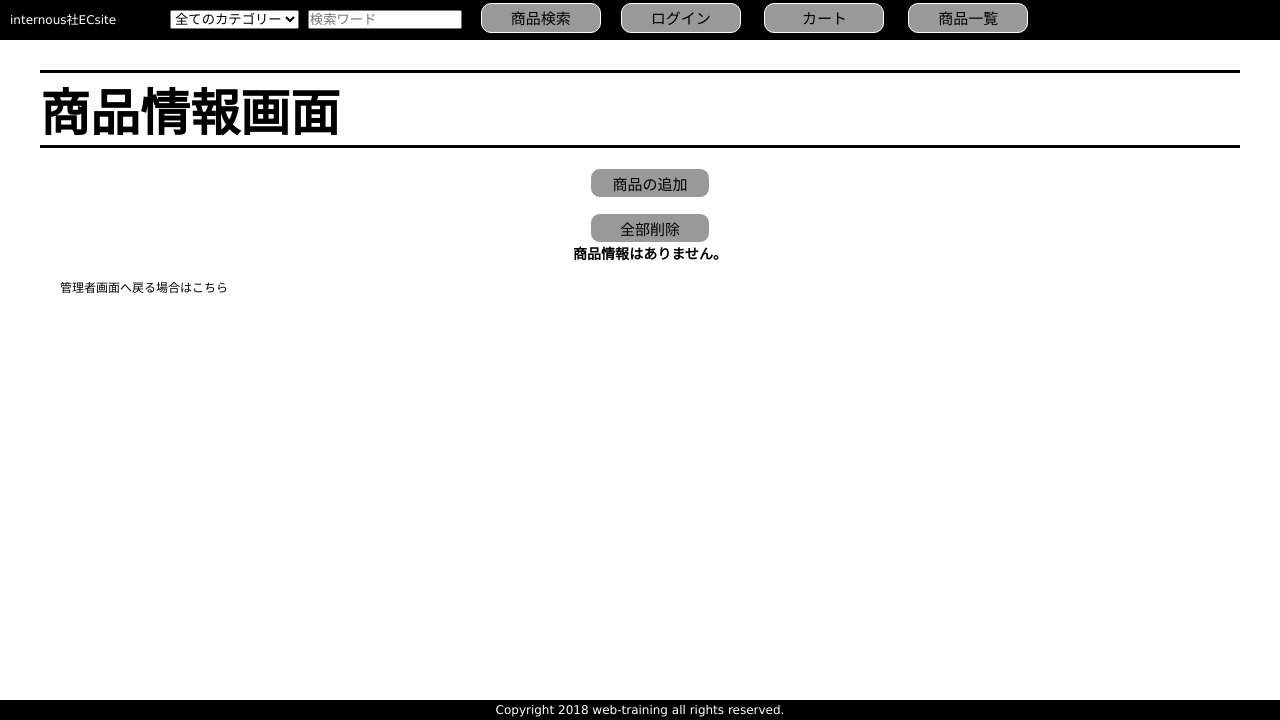
Repository: geeta333/ECsite
Page: http://localhost/web-training/itemInfo.jsp
The author's editor kept a copy of each file at every save. The page is drawn from the files as they stood at one save, then again after the next save.
The browser window is 1280 px wide. The pictures show the whole page.
The page is served by Tomcat 9. Other server files are loaded and not shown.

Above is the page before, as saved 2018-07-27 06:33:43.

### web-training/WebContent/itemInfo.jsp
<%@ page language="java" contentType="text/html; charset=UTF-8"
    pageEncoding="UTF-8"%>
<%@ taglib prefix="s" uri="/struts-tags" %>
<!DOCTYPE html>
<html>
<head>
	<meta charset="UTF-8" />
	<title>商品情報画面</title>
	<link rel="stylesheet" href="./css/style.css">
</head>
<body>
	<div id="container">
	<jsp:include page="header.jsp" />
	<div id="main" class="clear">
		<div id="top">
			<h1>商品情報画面</h1>
		</div>
		<div class="marginLeft">
			<div class="center">
				<s:form action="ItemCreateAction" class="marginTop">
					<s:submit value="商品の追加" class="button"/>
				</s:form>
				<s:form action="ItemInfoAction" class="marginTop">
					<input type="hidden" name="deleteFlg" value="1">
					<s:submit value="全部削除" method="delete" class="button" />
				</s:form>
			</div>
			<s:if test="itemInfoList == null">
				<h3 class="center">商品情報はありません。</h3>
			</s:if>
			<s:elseif test="message == null">
				<h3 class="center">商品情報は以下になります。</h3>
			<table border="1" class="ShowData">
				<tr>
					<th>製品ID</th>
					<th>商品名</th>
					<th>製品詳細</th>
					<th>カテゴリー名</th>
					<th>価格</th>
					<th>イメージファイル名</th>
					<th>発売日</th>
					<th>発売会社</th>
					<th>変更する</th>
				</tr>
				<s:iterator value="itemInfoList">
				<tr>
					<th><s:property value="product_id" /></th>
					<th><s:property value="product_name" /></th>
					<th><s:property value="product_description" /></th>
					<th>
						<s:if test="category_id == 2">
							<span>本</span>
						</s:if>
						<s:elseif test="category_id == 3">
							<span>家電・パソコン</span>
						</s:elseif>
						<s:elseif test="category_id == 4">
							<span>おもちゃ・ゲーム</span>
						</s:elseif>
					</th>
					<th><s:property value="price" /><span>円</span></th>
					<th><s:property value="image_file_name" /></th>
					<th><s:property value="release_date" /></th>
					<th><s:property value="release_company" /></th>
					<th>
					<s:form action="ItemInfoChangeAction">
						<input type="hidden" name="itemId" value='<s:property value="id"/>'>
						<s:submit value="変更"/>
					</s:form>
					</th>
				</tr>
				</s:iterator>
			</table>
			</s:elseif>
			<s:if test="message != null">
				<h3><s:property value="message"/></h3>
			</s:if>
			<div  class="marginTop">
				<p>管理者画面へ戻る場合は<a href='<s:url action="GoAdministratorAction" />'>こちら</a></p>
			</div>
		</div>
	</div>
	<jsp:include page="footer.jsp" />
</div>
</body>
</html>

### web-training/WebContent/header.jsp
<%@ page language="java" contentType="text/html; charset=UTF-8"
    pageEncoding="UTF-8"%>
<%@ taglib prefix="s" uri="/struts-tags" %>
<!DOCTYPE html>
<html>
<head>
	<meta charset="UTF-8" />
	<title>ヘッダー</title>
<!-- 	<link rel="stylesheet" href="./css/style.css"> -->
</head>
<body>
<div id="header">
	<div id="nameIntroduction">
		<p><a href='<s:url action="GoAdministratorAction" />'>internous社ECsite</a></p>
	</div>

	<ul>
		<s:form action="ItemListAction" class="float">
		<li>
			<select name="category_id">
				<option value="1">全てのカテゴリー</option>
				<option value="2">本</option>
				<option value="3">家電・パソコン</option>
				<option value="4">おもちゃ・ゲーム</option>
			</select>
		</li>
		<li>
			<input type="hidden" name="retrievalFlg" value="1">
			<input type="text" name="keywords" placeholder="検索ワード" id="text">
		</li>
		<li><s:submit value="商品検索"  class="button"/></li>
		</s:form>
		<li>
			<s:if test='#session.containsKey("user_id")'>
				<a href='<s:url action="LogoutAction" />'><input type="button" value="ログアウト" class="button"></a>
			</s:if>
			<s:else>
				<a href='<s:url action="GoLoginAction" />'><input type="button" value="ログイン" class="button"></a>
			</s:else>
		</li>
		<li><a href='<s:url action="GoCartAction" />'><input type="button" value="カート" class="button"></a></li>
		<li><a href='<s:url action="ItemListAction" />'><input type="button" value="商品一覧" class="button"></a></li>
		<s:if test='#session.containsKey("user_id") && !#session.containsKey("administrator")'>
			<li><a href='<s:url action="GoMyPageAction" />'><input type="button" value="マイページ" class="button"></a></li>
		</s:if>
		<s:elseif test='#session.containsKey("administrator")'>
			<li><a href='<s:url action="GoAdministratorAction" />'><input type="button" value="管理者画面へ" class="button"></a></li>
		</s:elseif>
	</ul>
</div>
</body>
</html>

### web-training/WebContent/footer.jsp
<%@ page language="java" contentType="text/html; charset=UTF-8"
    pageEncoding="UTF-8"%>
<%@ taglib prefix="s" uri="/struts-tags" %>
<!DOCTYPE html>
<html>
<head>
	<meta charset="UTF-8" />
	<title>フッター</title>
<!-- 	<link rel="stylesheet" href="./css/style.css"> -->
</head>
<body>
<div id="footer">
	<p>Copyright 2018 web-training all rights reserved.
</div>
</body>
</html>

### web-training/WebContent/css/style.css
@CHARSET "UTF-8";

/* common */

* {
    margin: 0;
    padding: 0;
}

.clear {
    clear: both;
}

html, body {
    min-height: 100%;
    height: 100%;

}

body {
    font-family: Verdana, Helvetica, sans-serif;
    font-size: 12px;
    background: white;
}

h1 {
    font-size: 50px;
    margin: 20px 0;
    border-top: 3px solid black;
    border-bottom: 3px solid black;
}

h2 {
    margin: 15px 0;
}

a {
	text-decoration: none;
	color: inherit;
}

ul {
    list-style: none;
}

th {
	text-align: right;
    padding-right: 5px;
}

select {
    margin: 0 0 0 10px;
}

.button {
    width: 120px;
    height: 30px;
    font-size: 15px;
    border: 1px solid white;
    border-radius: 10px;
    margin-left: 10px;
    margin-right: 10px;
    background: #999;
}

.button:hover {
    opacity: 0.5;
}

/* id */

#container {
    width: 100%;
    min-width: 1200px;
    min-height: 100%;
    position: relative;
}

#header {
    width: 100%;
    height: 40px;
    background: black;
    color: white;
}

#header ul {
    line-height: 40px;
}

#header li {
    display: inline-block;
}

#main {
    width: 1200px;
    padding: 10px 10px 30px;
    margin: 0 auto;
    color: black;
}

#footer {
    width: 100%;
    height: 20px;
    background: black;
    color: white;
    text-align: center;
    line-height: 20px;
    font-size: 12px;
    position: absolute;
    bottom: 0;
}

#text { /*検索で使用*/
    width: 150px;
    margin: 0 5px;
}


#itemList { /*itemListで使用*/

}

#nameIntroduction { /* headerで使用 */
    width: 150px;
    float: left;
    line-height: 40px;
    margin-left: 10px;
}

#pageNo li {
    display: inline-block;
}

/* class */


.verticalTable {
    margin-left: 10px;
}

.verticalTable tr {
    height: 30px;
}

.verticalTable th {
    background: black;
    color: white;
    font-size: 16px;
    width: 170px;
}

.txt {
	width : 300px;
	height : 30px;
	border: 0.5px solid #999;
	font-size : 24px;
}

.list {
	width : 300px;
	height : 30px;
	border: 0.5px solid #999;
}

.marginTop {
    margin-top: 15px;
}

.center {
    text-align: center;
}

.float {
    float: left;
}

.ShowData th {
    padding: 3px;
}

.marginLeft {
    margin-left: 20px;
}


.itemListBox {
    display: inline-block;
    margin: 15px;
    text-align: center;
}

.itemImage {
    width: 200px;
    height: 200px;
}

.itemDetailBox {
    text-align: center;
    font-size: 22px;
}

.itemDetailBox table {
    margin: 20px auto;
}

.itemDetailImage {
    width: 500px;
    height: 500px;
}

.itemImageSmall {
    width: 50px;
    height: 50px;
}

.error {
	color: red;
	font-size: 20px;
}

After the next save:
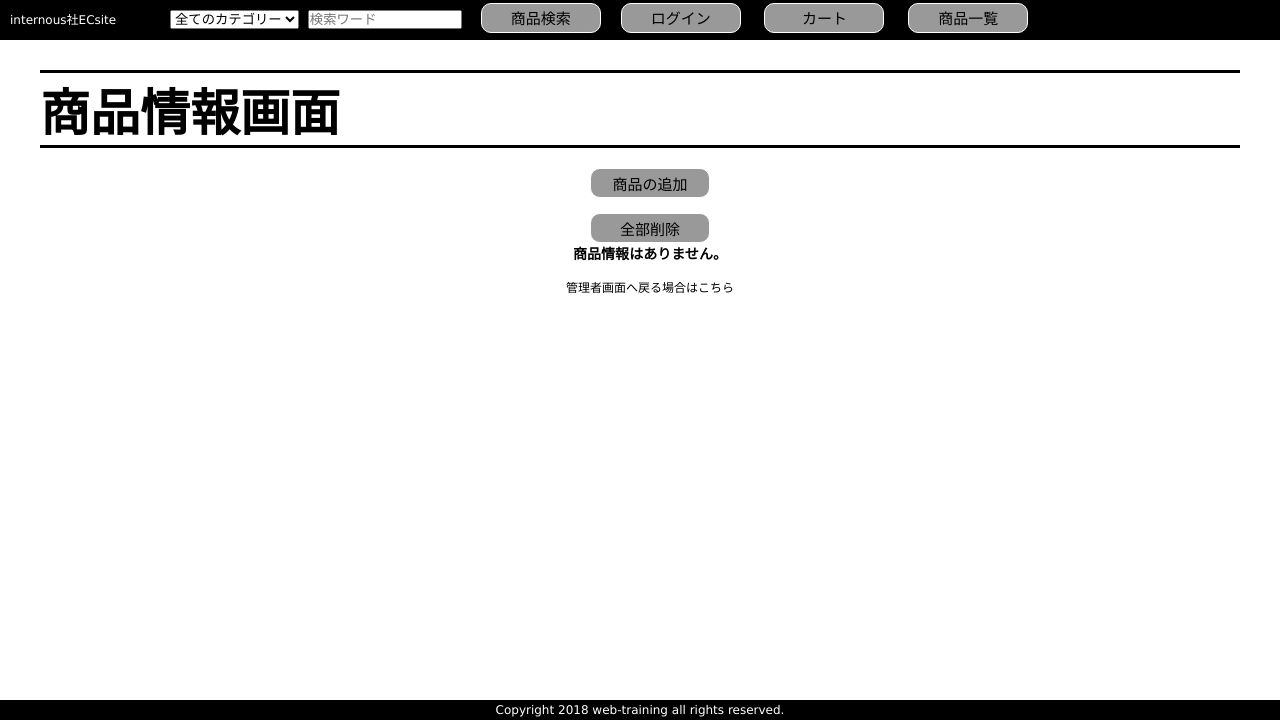
Saved 29 s later.
--- a/web-training/WebContent/itemInfo.jsp
+++ b/web-training/WebContent/itemInfo.jsp
@@ -15,8 +15,8 @@
 		<div id="top">
 			<h1>商品情報画面</h1>
 		</div>
-		<div class="marginLeft">
-			<div class="center">
+		<div class="marginLeft center">
+			<div>
 				<s:form action="ItemCreateAction" class="marginTop">
 					<s:submit value="商品の追加" class="button"/>
 				</s:form>
@@ -26,10 +26,10 @@
 				</s:form>
 			</div>
 			<s:if test="itemInfoList == null">
-				<h3 class="center">商品情報はありません。</h3>
+				<h3>商品情報はありません。</h3>
 			</s:if>
 			<s:elseif test="message == null">
-				<h3 class="center">商品情報は以下になります。</h3>
+				<h3>商品情報は以下になります。</h3>
 			<table border="1" class="ShowData">
 				<tr>
 					<th>製品ID</th>
